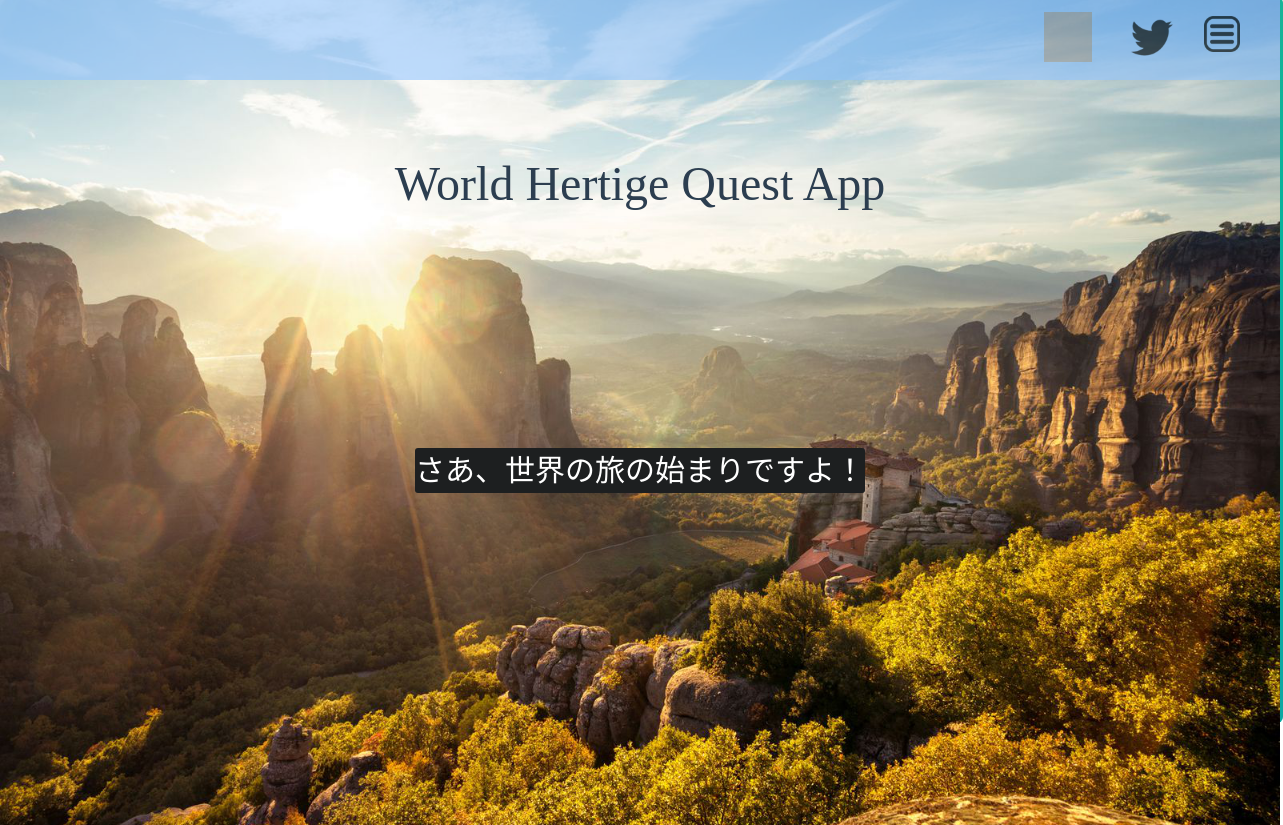
Repository: hashiz008/World-Heritage-Travel-App
Page: /
These files come from the project's save history. The page is drawn as it stood at one moment and after the next save; the edit follows.
The browser window is 1280 px wide. The page is 1283 px wide, then 1280 px, then 1283 px, so the pictures cover 1283 px, including what lies to the right of the window. The pictures show the whole page.
Pictures or frames that could not be fetched are drawn as grey boxes. Some web fonts or font styles are not loaded; a fallback is used. The project was rebuilt for these pictures with package versions that can differ from the ones it lists, and the page was loaded fresh each time. Also part of the build but not shown: vue.config.js.

Above is the page before, as saved 2022-01-25 11:27:52.

After the next save:
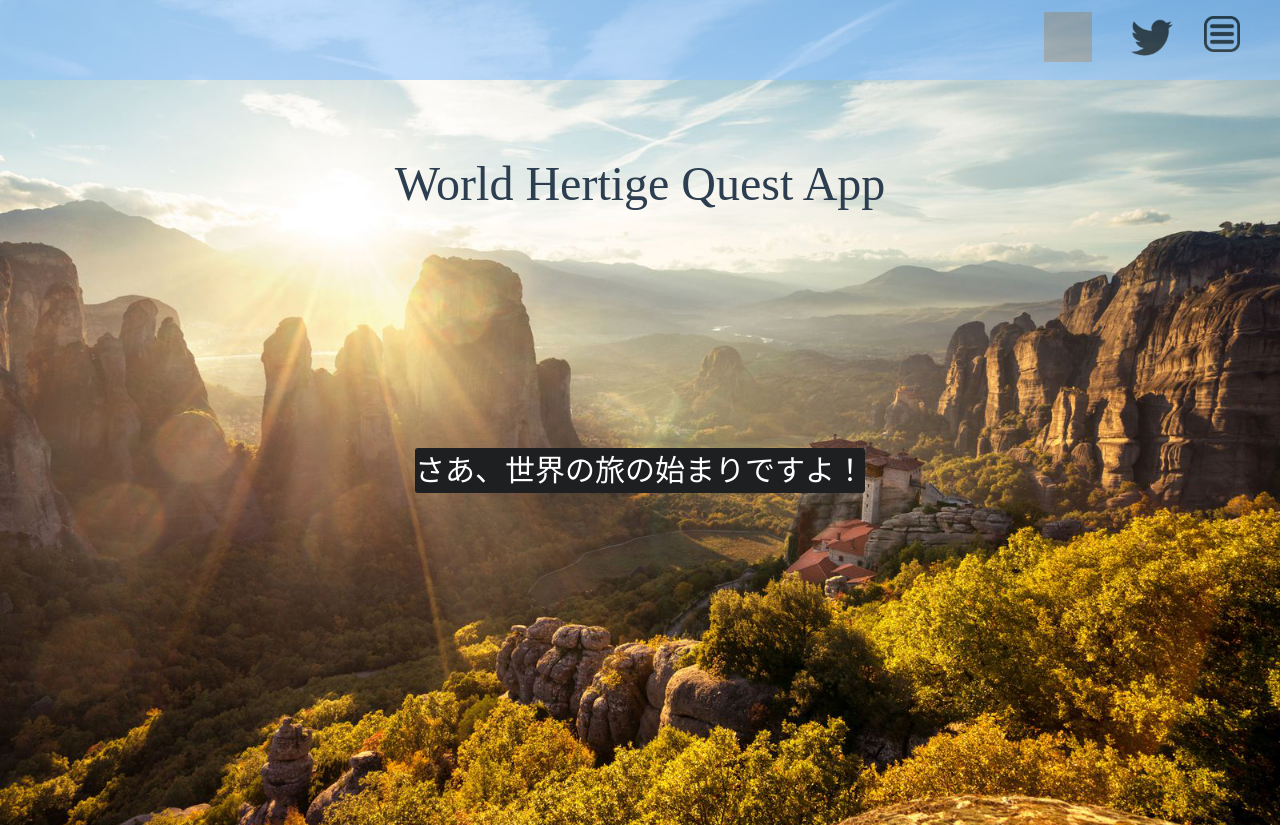
Saved 9 s later.
--- a/src/views/TopPage.vue
+++ b/src/views/TopPage.vue
@@ -141,7 +141,7 @@
 .router {
     --borderWidth: 3px;
     background: #1d1f20;
-    /* position: relative; */
+    position: absolute;
      border-radius: var(--borderWidth);
 }
 .router:after {

After the save that followed:
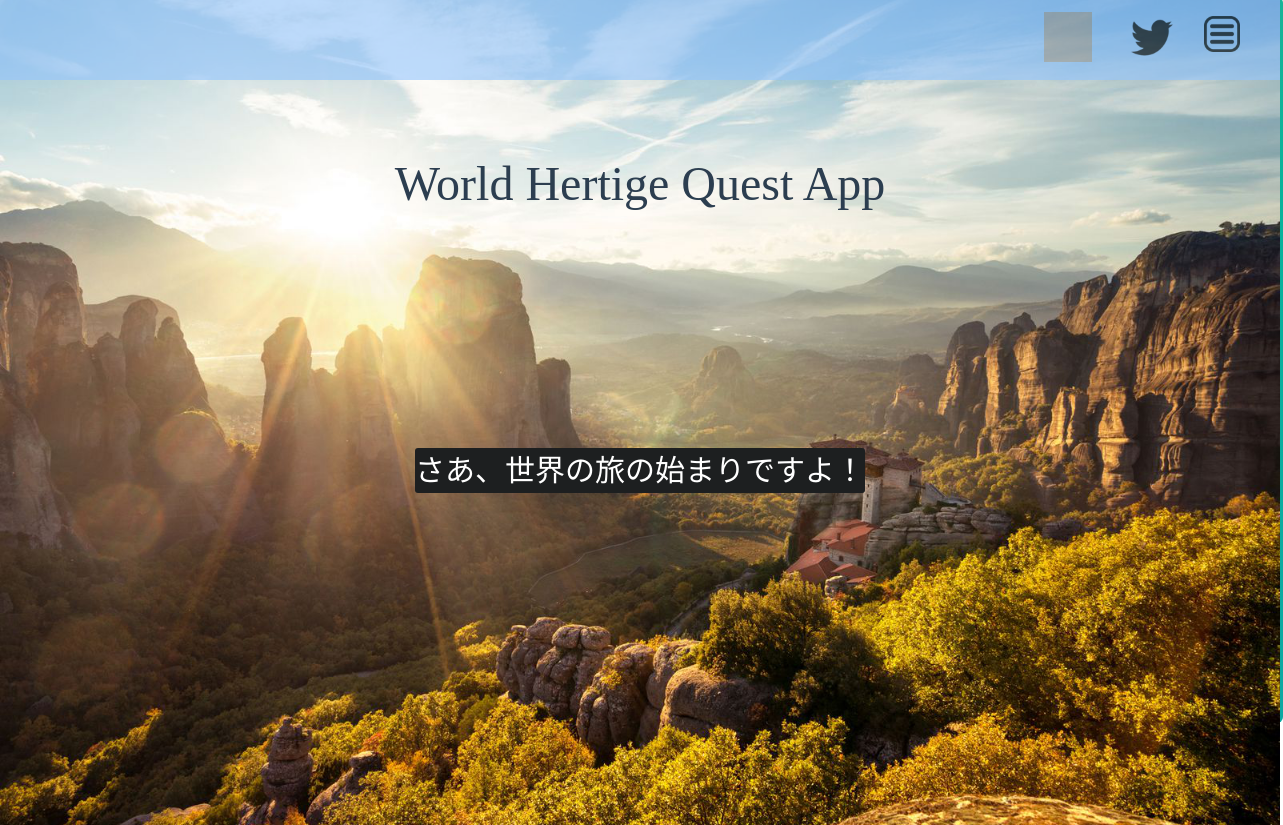
Saved 7 s later.
--- a/src/views/TopPage.vue
+++ b/src/views/TopPage.vue
@@ -141,7 +141,7 @@
 .router {
     --borderWidth: 3px;
     background: #1d1f20;
-    position: absolute;
+    /* position: absolute; */
      border-radius: var(--borderWidth);
 }
 .router:after {
